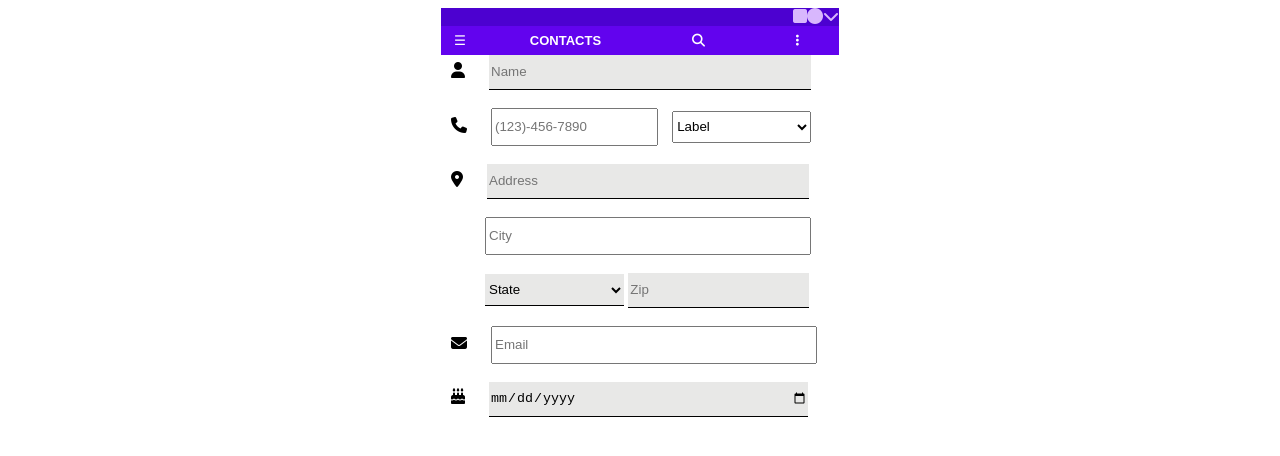
Repository: Sc-Juju/Mobile-Form
Page: index.html
The author's editor kept a copy of each file at every save. The page is drawn from the files as they stood at one save, then again after the next save.
The browser window is 1280 px wide. The pictures show the whole page.
Some web libraries are served in a nearby version.

Above is the page before, as saved 2022-10-27 22:06:59.

After the next save:
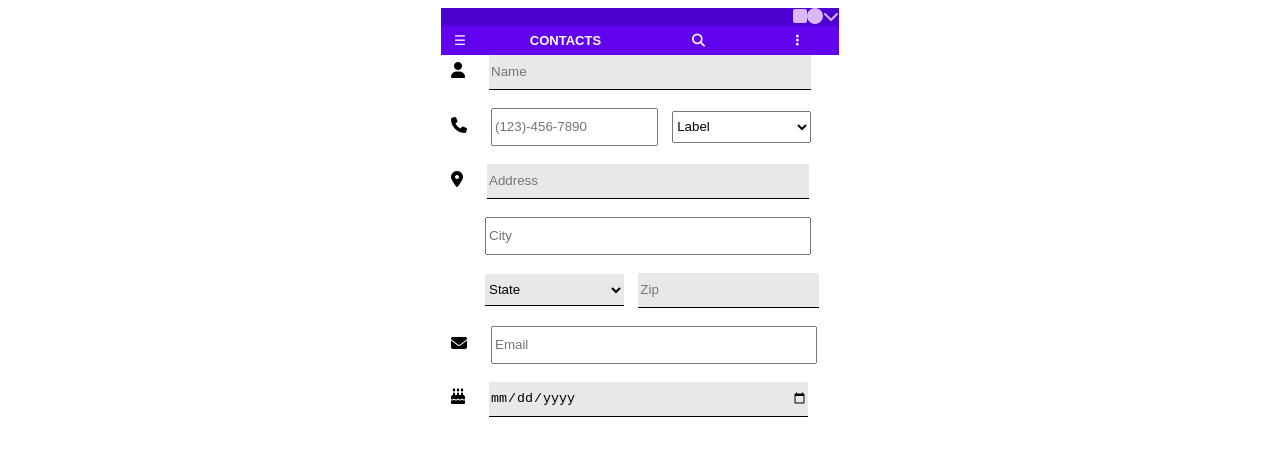
Saved 2 min 9 s later.
--- a/style.css
+++ b/style.css
@@ -96,3 +96,6 @@ label{
     color:transparent;
     margin-left:-4px;
 }
+#zipcode{
+    margin-left:10px;
+}
